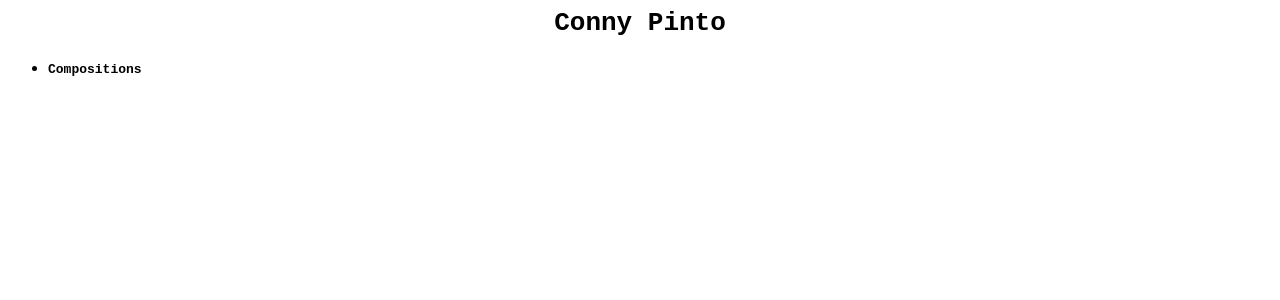
Repository: ConnyPinto/connypinto.github.io
Page: index.html
The author's editor kept a record of every edit. The page is drawn from the files as they stood at one moment, then again after the next edit.
The browser window is 1280 px wide. The pictures show the whole page.

Above is the page before.

After the next edit:
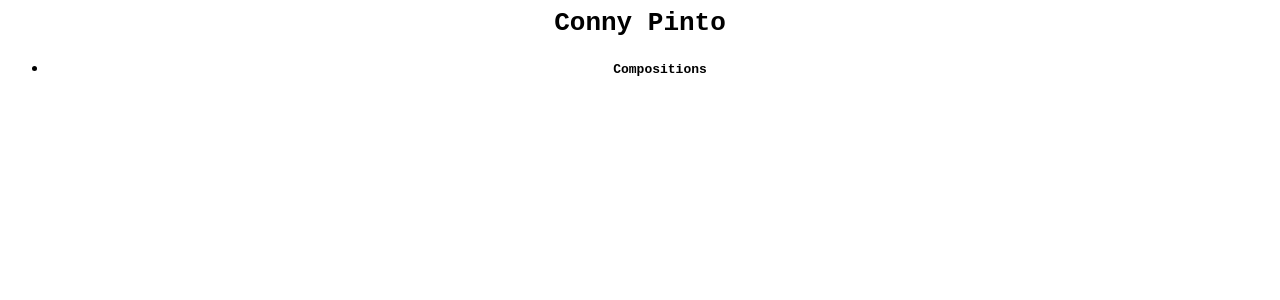
The edit:
--- a/index.html
+++ b/index.html
@@ -10,7 +10,7 @@
         <h1><center><code>Conny Pinto</code></center></h1>
 
 
-            <ul>
+           <center><ul>
             <p><li><code><strong>Compositions</strong></code></li></p>
             </ul>
 </body>

After the edit that followed:
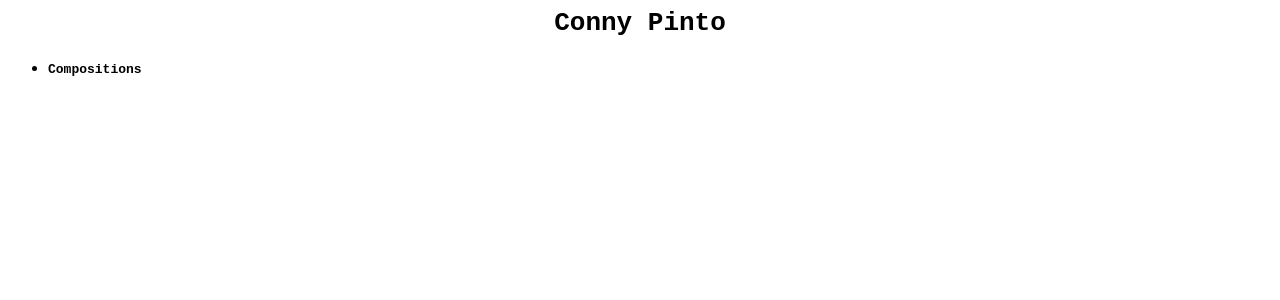
The edit:
--- a/index.html
+++ b/index.html
@@ -10,7 +10,7 @@
         <h1><center><code>Conny Pinto</code></center></h1>
 
 
-           <center><ul>
+           <ul>
             <p><li><code><strong>Compositions</strong></code></li></p>
             </ul>
 </body>
